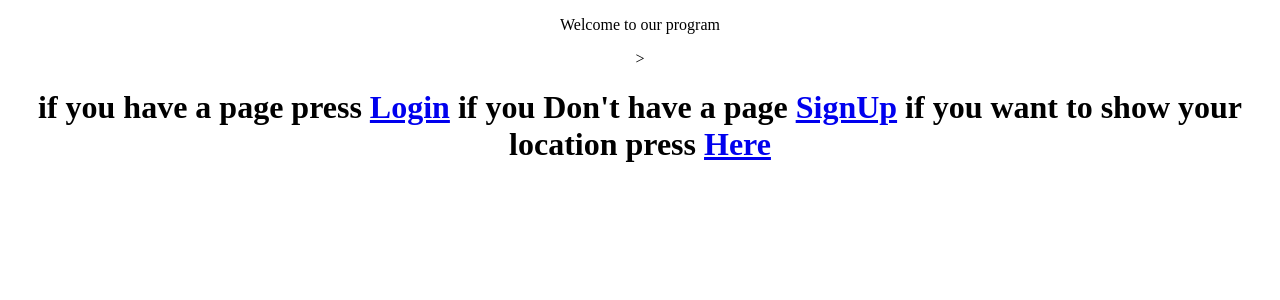
Repository: Mohammed7852/eclipse_Materials
Page: http://localhost/FCISquareApp/WEB-INF/jsp/welcome.jsp
These files come from the project's save history. The page is drawn as it stood at one moment and after the next save; the edit follows.
The browser window is 1280 px wide. The pictures show the whole page.
The page is served by Tomcat 9. Nobody is signed in. The template is opened directly, without the code that normally fills it, so the values that code supplies are empty.

Above is the page before, as saved 2016-03-26 17:07:44.

After the next save:
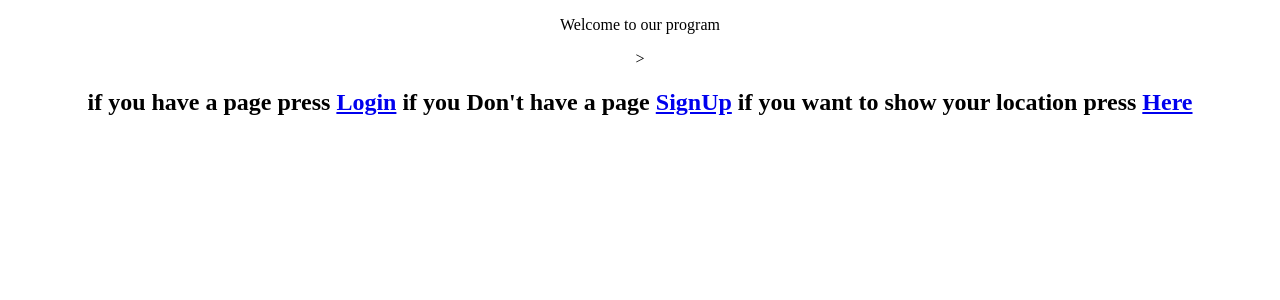
Saved 55 s later.
--- a/eclips/FCISquareApp/WebContent/WEB-INF/jsp/welcome.jsp
+++ b/eclips/FCISquareApp/WebContent/WEB-INF/jsp/welcome.jsp
@@ -8,7 +8,7 @@
 <body>
 
 <center>
-<h1>if  you have a page press  <a href="/FCISquareApp/app/Login">Login</a>
+<h1><h2> if  you have a page press  <a href="/FCISquareApp/app/Login">Login</a>
     if you Don't have a page <a href="/FCISquareApp/app/signUp">SignUp</a>
     if you want to show your location press <a href ="FCISquareApp/app/showLocation">Here</a>
 </h1>

After the 3 saves that followed:
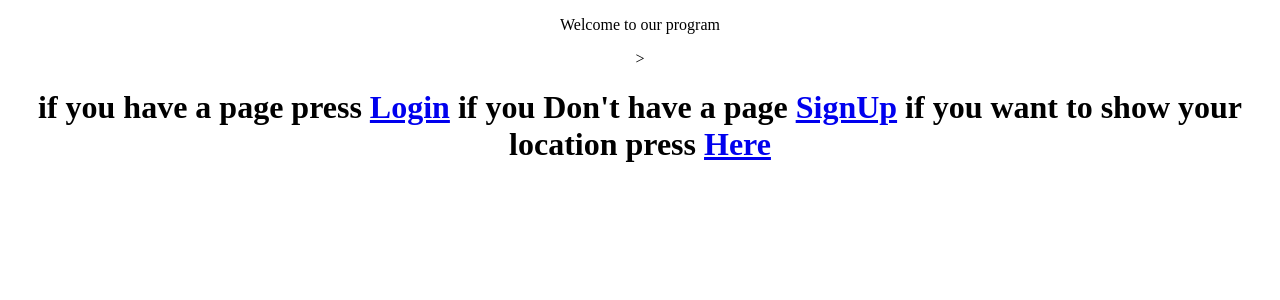
The 3 saves are shown as one change because they came seconds apart.
The last was saved 15 s later.
--- a/eclips/FCISquareApp/WebContent/WEB-INF/jsp/welcome.jsp
+++ b/eclips/FCISquareApp/WebContent/WEB-INF/jsp/welcome.jsp
@@ -8,9 +8,10 @@
 <body>
 
 <center>
-<h1><h2> if  you have a page press  <a href="/FCISquareApp/app/Login">Login</a>
+<h1>if  you have a page press  <a href="/FCISquareApp/app/Login">Login</a>
     if you Don't have a page <a href="/FCISquareApp/app/signUp">SignUp</a>
     if you want to show your location press <a href ="FCISquareApp/app/showLocation">Here</a>
+
 </h1>
 
 </center>
